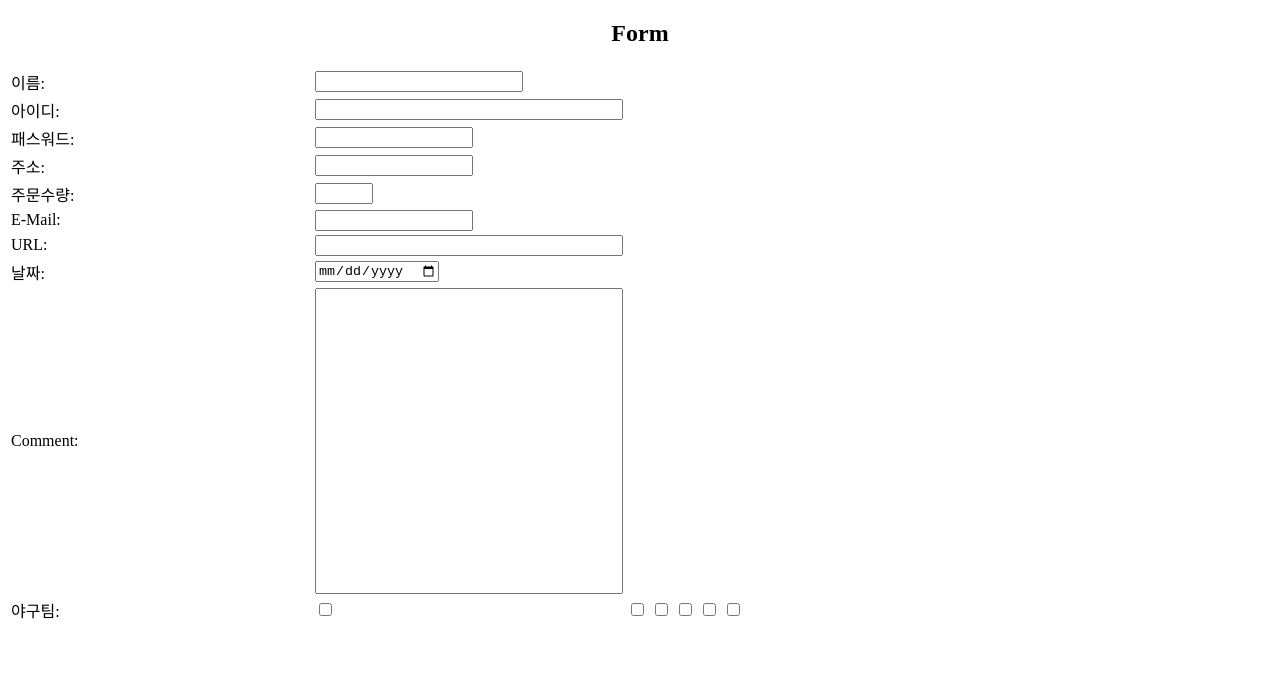
Repository: gyujin91/JSP
Page: web01/src/main/webapp/form.html
An editor plug-in stored every save of this project. The page is shown before and after the next save, followed by the edit.
The browser window is 1280 px wide. The pictures show the whole page.

Above is the page before, as saved 2022-04-22 05:37:05.

After the next save:
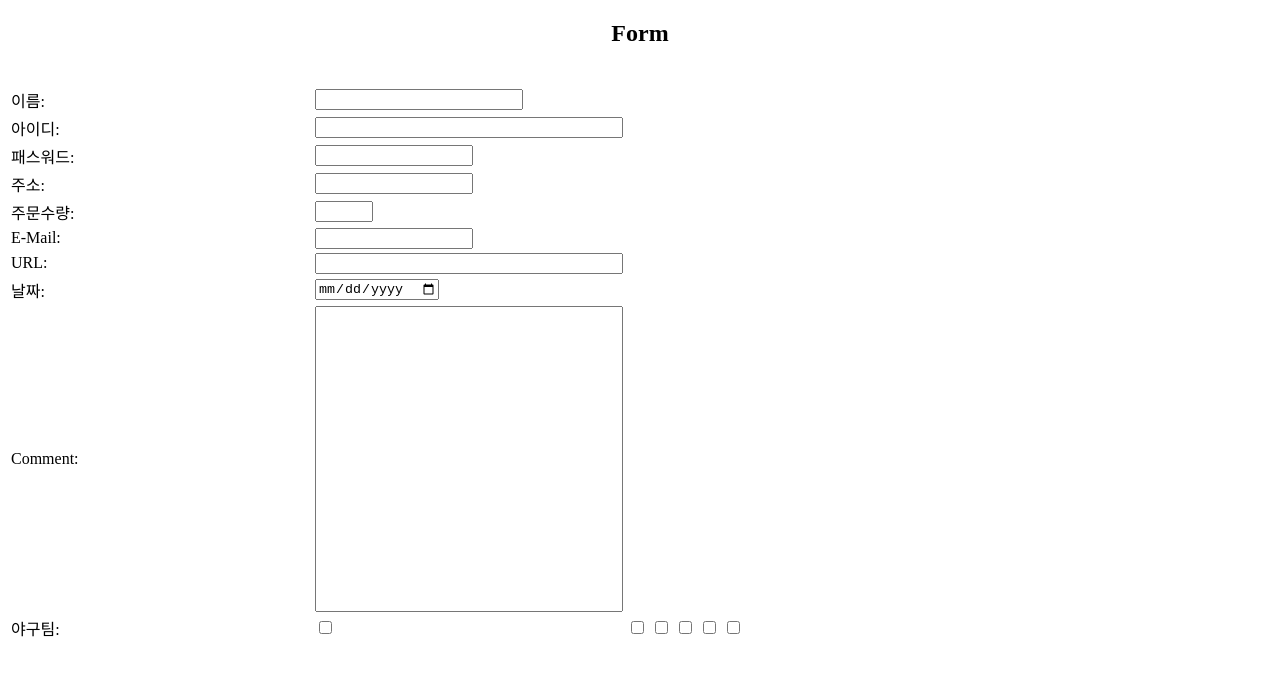
Saved 41 s later.
--- a/web01/src/main/webapp/form.html
+++ b/web01/src/main/webapp/form.html
@@ -60,7 +60,7 @@
             </tr>
             <tr>
             	<td class="td1">야구팀:
-            	<td><lable><input type="checkbox" name="check" value="두산" class="input9"></lable></td>
+            	<td><lable><input type="checkbox" name="check" value="두산" class="input9"></lable></td><br>
             	<td><lable><input type="checkbox" name="check" value="NC" class="input9"></lable></td>
             	<td><lable><input type="checkbox" name="check" value="LG" class="input9"></lable></td>
             	<td><lable><input type="checkbox" name="check" value="SK" class="input9"></lable></td>
